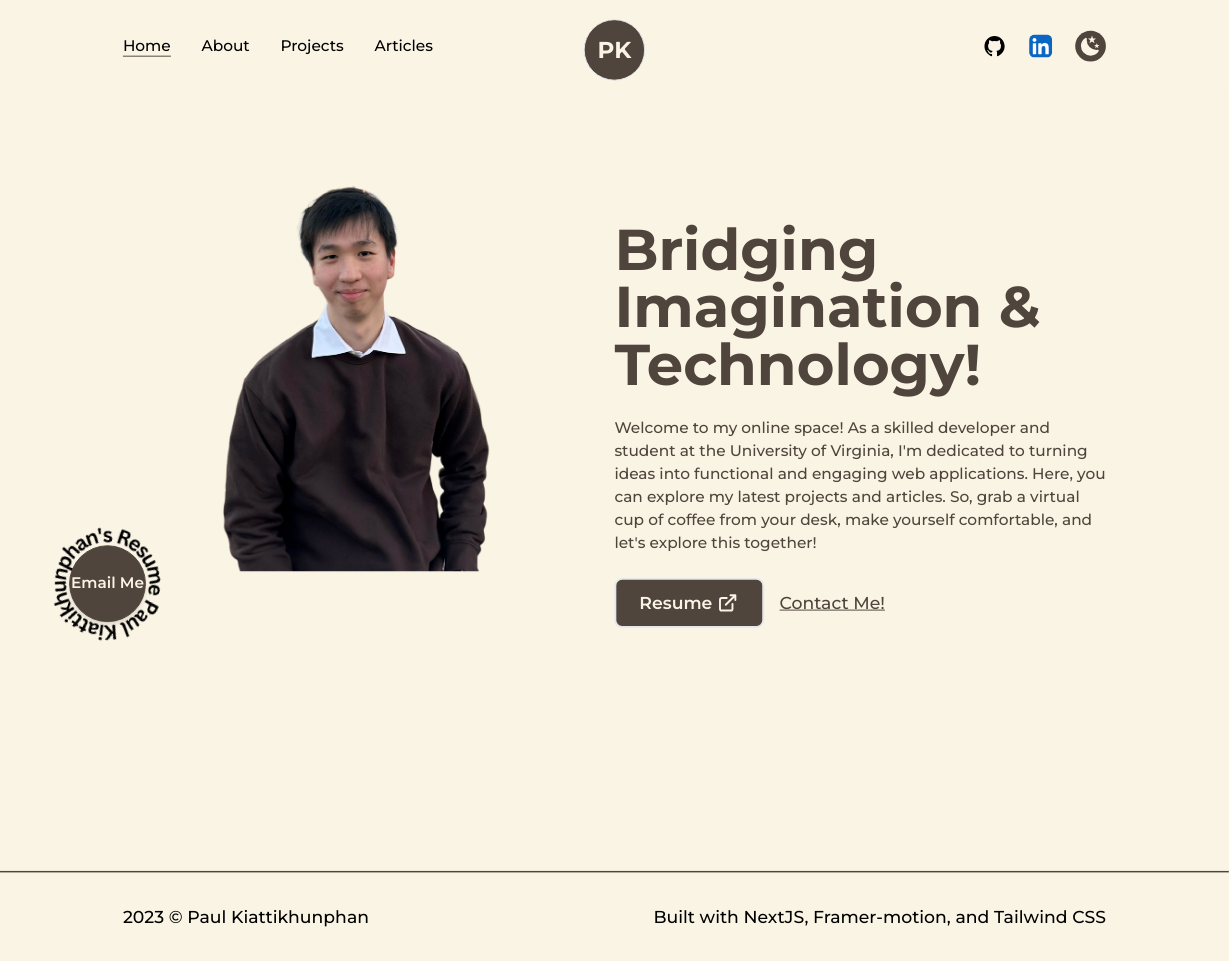
Repository: Paul2002feb/Resume
Page: /
These files come from the project's save history. The page is drawn as it stood at one moment and after the next save; the edit follows.
The browser window is 1280 px wide. The pictures show the whole page, at 96% of full size.
The project was rebuilt for these pictures with package versions that can differ from the ones it lists, and the page was loaded fresh each time. The framework's server and built-in components were replaced by stand-ins that run in the browser. Also part of the build but not shown: next.config.js.

Above is the page before, as saved 2024-12-29 20:54:07.

After the next save:
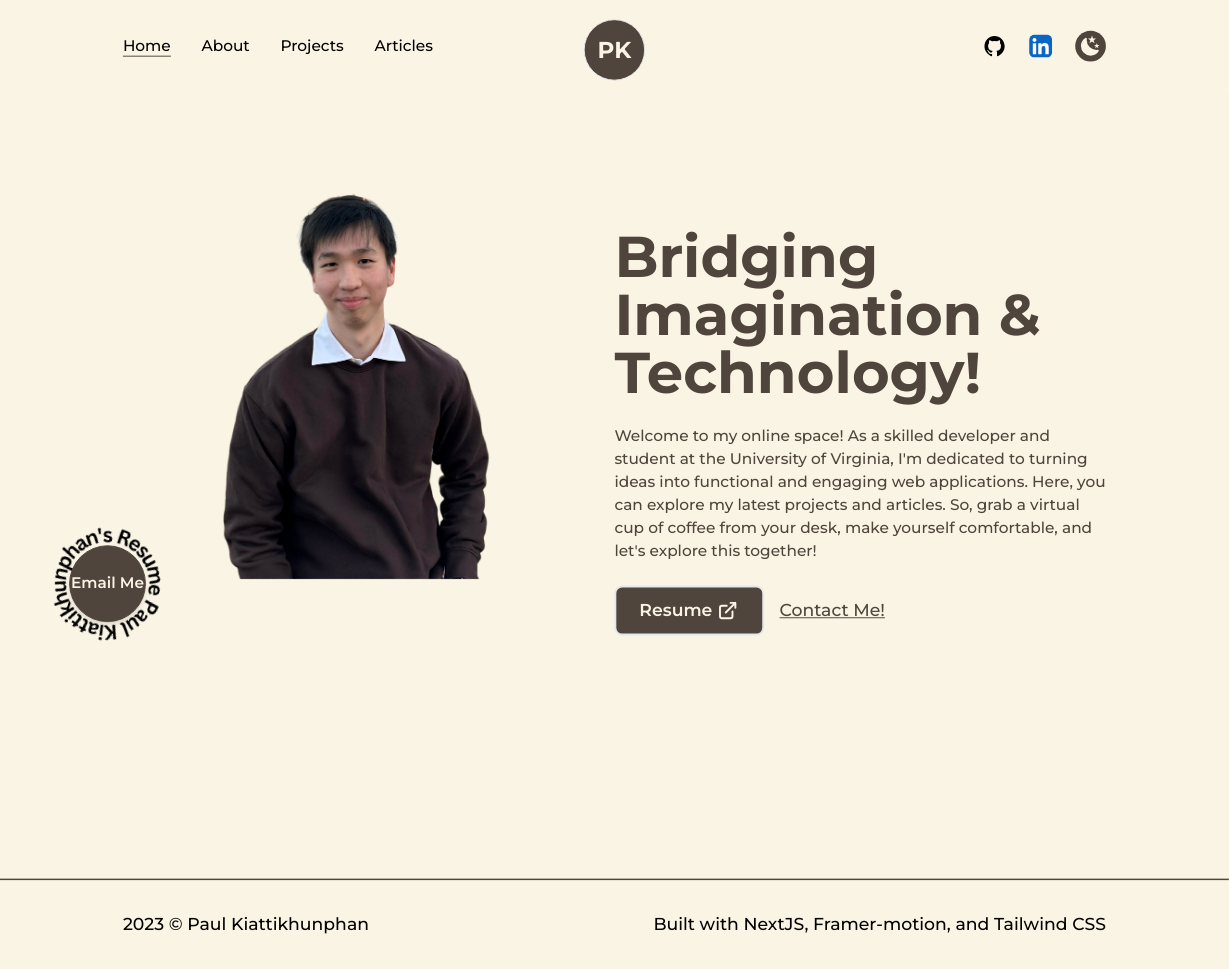
Saved 59 s later.
--- a/src/pages/index.js
+++ b/src/pages/index.js
@@ -28,7 +28,7 @@
       <article
         className={`flex min-h-screen items-center text-dark dark:text-light sm:items-start`}
       >
-        <Layout className="!pt-0 md:!pt-16 sm:!pt-16">
+        <Layout className="!pt-2 md:!pt-16 sm:!pt-16">
           <div className="flex w-full items-start justify-between md:flex-col">
             <div className="w-1/2 lg:hidden md:inline-block md:w-full">
               <Image

After the save that followed:
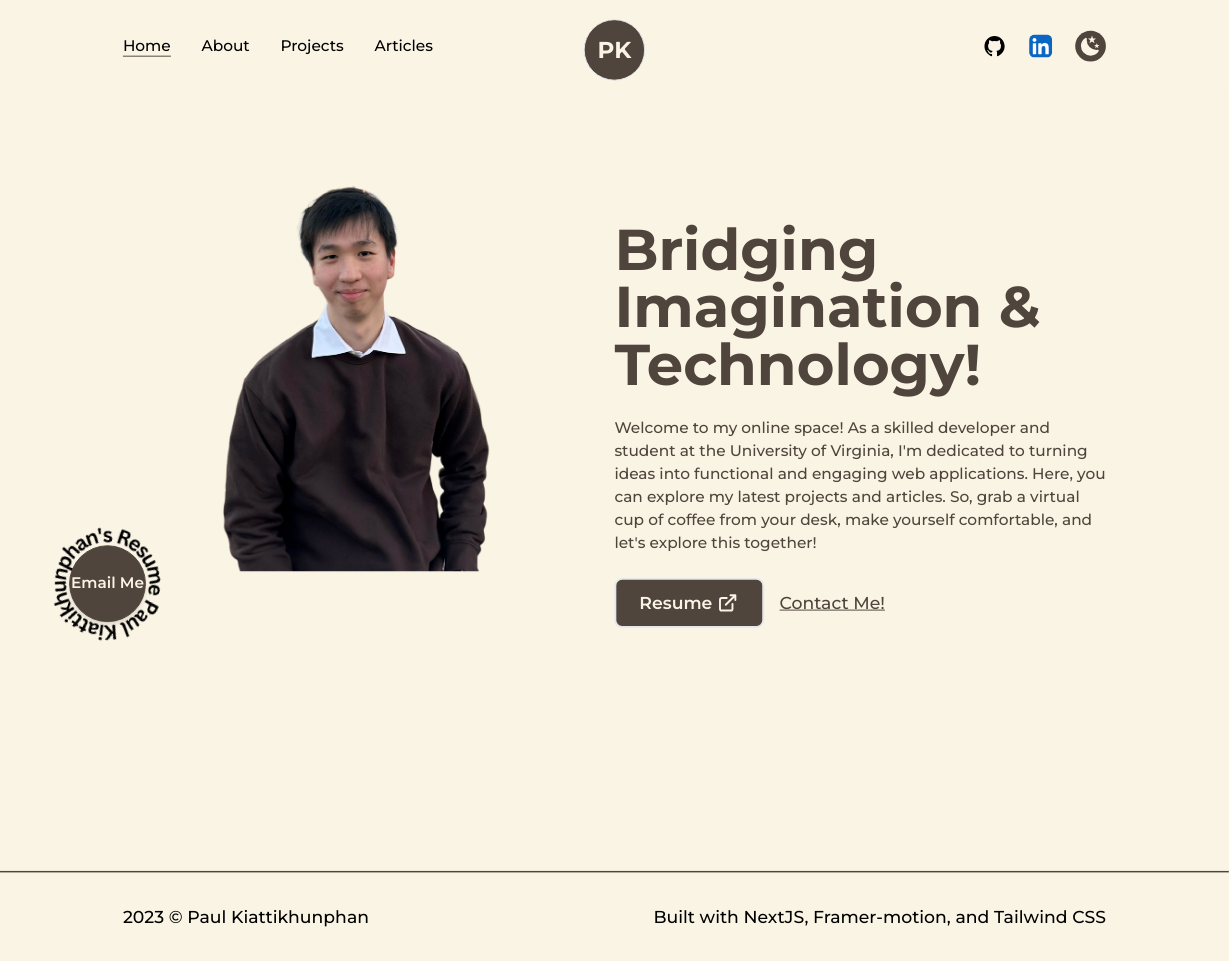
Saved 4 s later.
--- a/src/pages/index.js
+++ b/src/pages/index.js
@@ -28,7 +28,7 @@
       <article
         className={`flex min-h-screen items-center text-dark dark:text-light sm:items-start`}
       >
-        <Layout className="!pt-2 md:!pt-16 sm:!pt-16">
+        <Layout className="!pt-0 md:!pt-16 sm:!pt-16">
           <div className="flex w-full items-start justify-between md:flex-col">
             <div className="w-1/2 lg:hidden md:inline-block md:w-full">
               <Image
